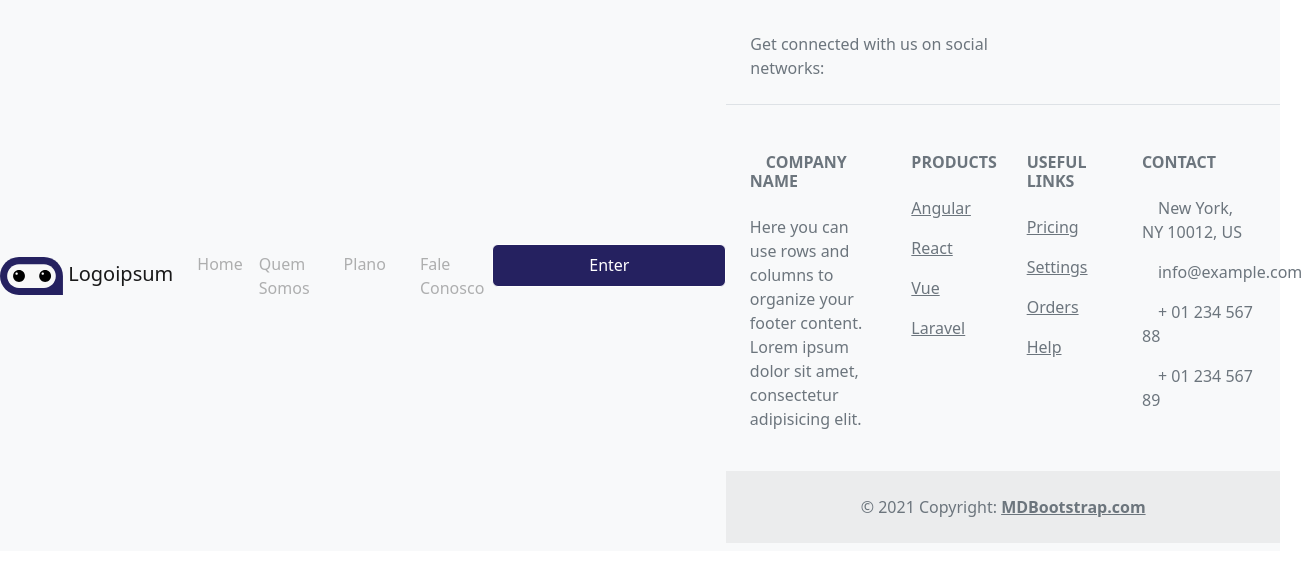
Repository: Williamlmachado/Desafio-Landing-page
Page: index.html
An editor plug-in stored every save of this project. The page is shown before and after the next save, followed by the edit.
The browser window is 1280 px wide. The page is 1302 px wide, so the pictures cover 1302 px, including what lies to the right of the window. The pictures show the whole page.

Above is the page before, as saved 2021-11-06 15:37:50.

After the next save:
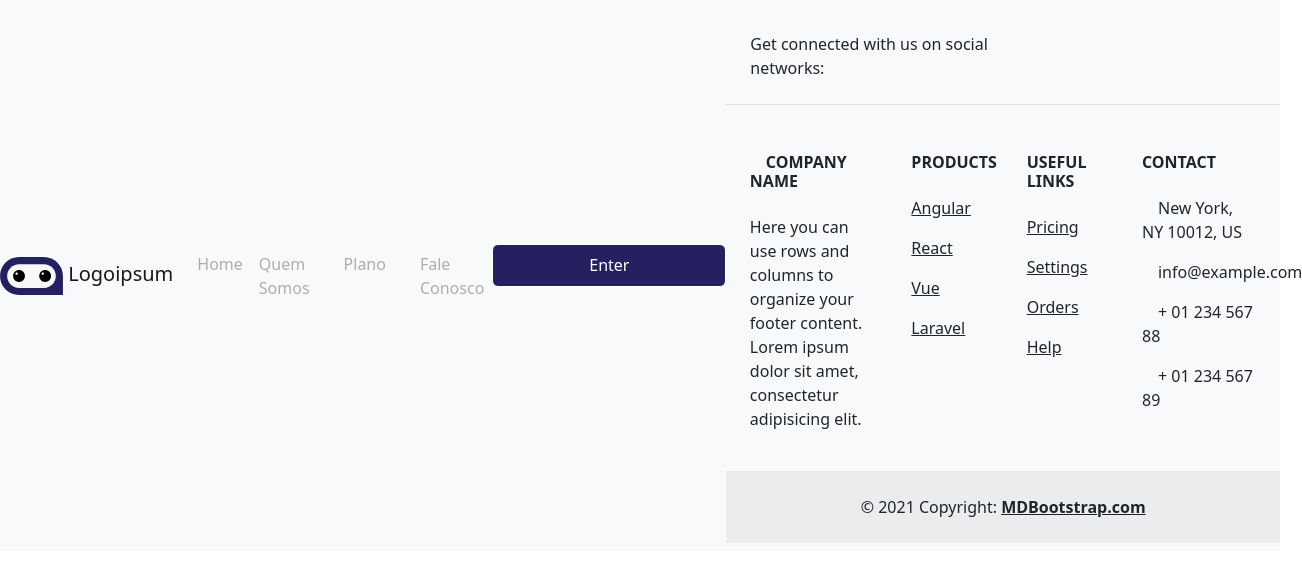
Saved 20 s later.
--- a/index.html
+++ b/index.html
@@ -46,7 +46,7 @@
   </nav>
 
 </body>
-<footer class="text-center text-lg-start bg-light text-muted">
+<footer class="">
   <!-- Section: Social media -->
   <section
     class="d-flex justify-content-center justify-content-lg-between p-4 border-bottom"

After the save that followed:
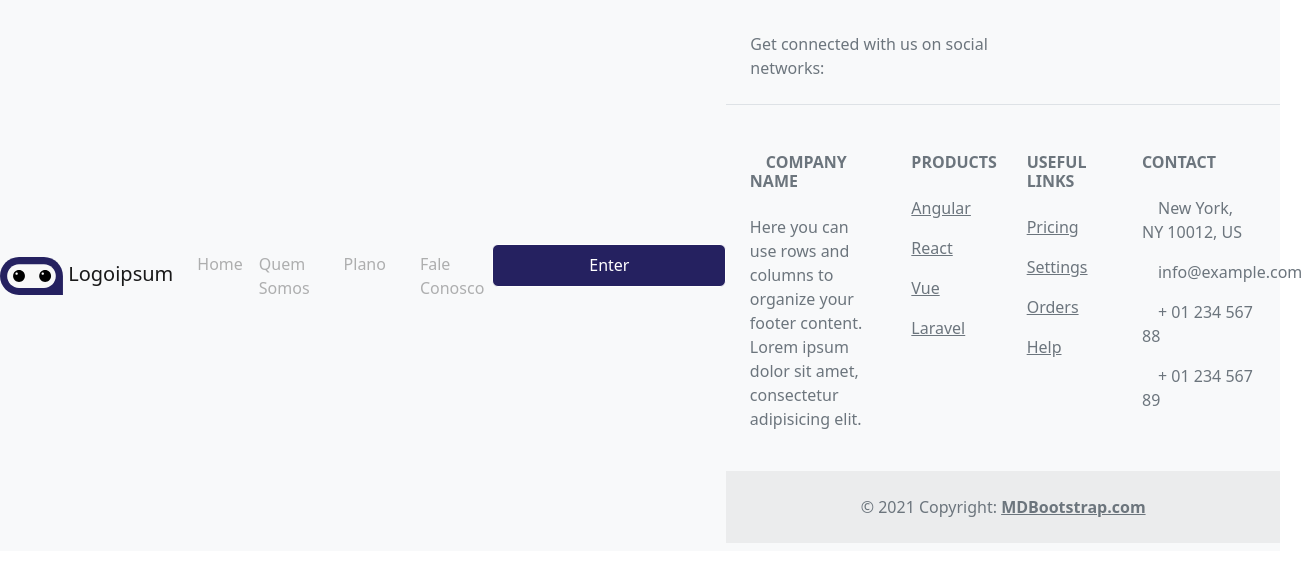
Saved 10 s later.
--- a/index.html
+++ b/index.html
@@ -46,7 +46,7 @@
   </nav>
 
 </body>
-<footer class="">
+<footer class="text-center text-lg-start bg-light text-muted">
   <!-- Section: Social media -->
   <section
     class="d-flex justify-content-center justify-content-lg-between p-4 border-bottom"
